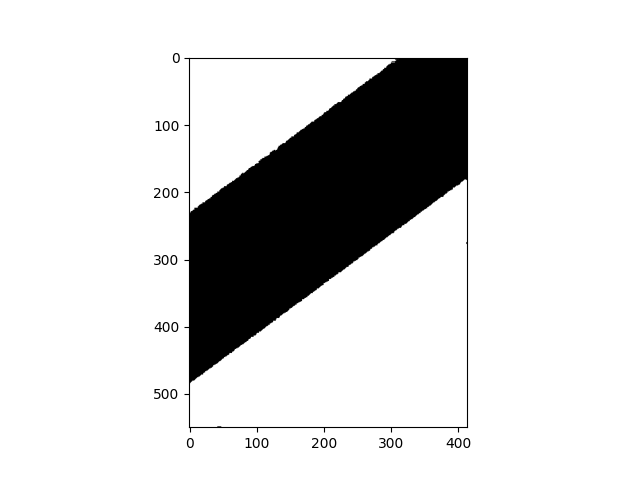
Repository: simonnchong/Computer_Vision
Script's output: python Thresholding.py
The author's editor kept a copy of each file at every save. The script's output is drawn from the files as they stood at one save, then again after a run of saves.
Random numbers start from a fixed seed. It also reads DATA/rainbow.jpg.

Above is the script's output before, as saved 2024-02-06 16:12:07.

### Thresholding.py
import cv2
import matplotlib.pyplot as plt

img = cv2.imread("DATA/rainbow.jpg", 0)

# plt.imshow(img, cmap="gray")

ret, thresh1 = cv2.threshold(img, 128, 255, cv2.THRESH_BINARY_INV)
print(ret)

plt.imshow(thresh1, cmap="gray")
plt.show()

After the next 18 saves:
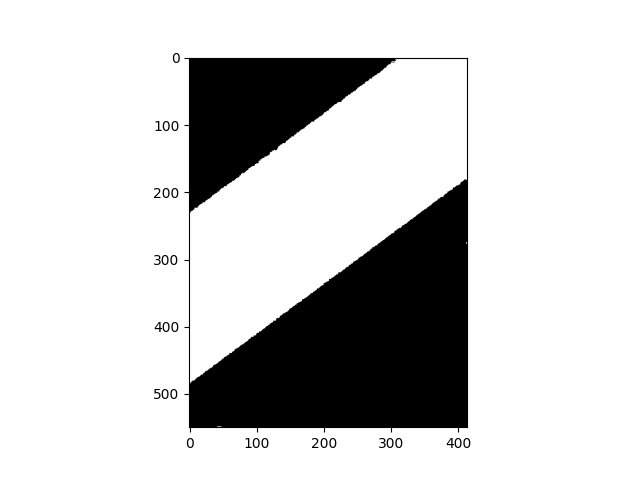
The 18 saves are shown as one change because they came seconds apart.
The last was saved 25 s later.
--- a/Thresholding.py
+++ b/Thresholding.py
@@ -5,7 +5,8 @@ img = cv2.imread("DATA/rainbow.jpg", 0)
 
 # plt.imshow(img, cmap="gray")
 
-ret, thresh1 = cv2.threshold(img, 128, 255, cv2.THRESH_BINARY_INV)
+ret, thresh1 = cv2.threshold(img, 128, 255, cv2.THRESH_BINARY)
+# ret, thresh1 = cv2.threshold(img, 128, 255, cv2.THRESH_BINARY_INV) #invert the black and white color
 print(ret)
 
 plt.imshow(thresh1, cmap="gray")
